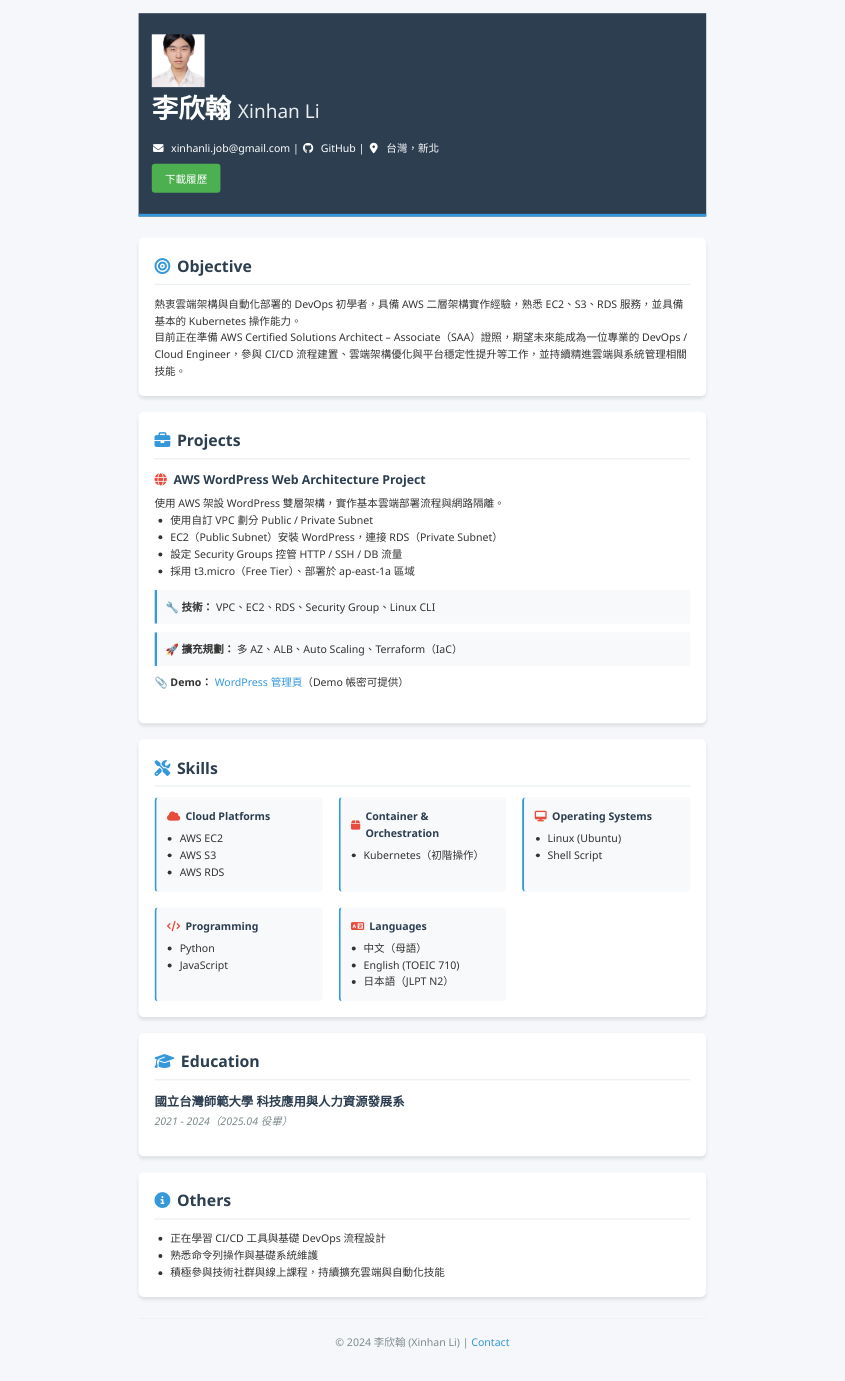
Repository: Graylee0128/aws-tf-ga-personal-website
Page: test.html
These files come from the project's save history. The page is drawn as it stood at one moment and after the next save; the edit follows.
The browser window is 1280 px wide. The pictures show the whole page, at 66% of full size.

Above is the page before, as saved 2025-04-22 11:30:43.

After the next save:
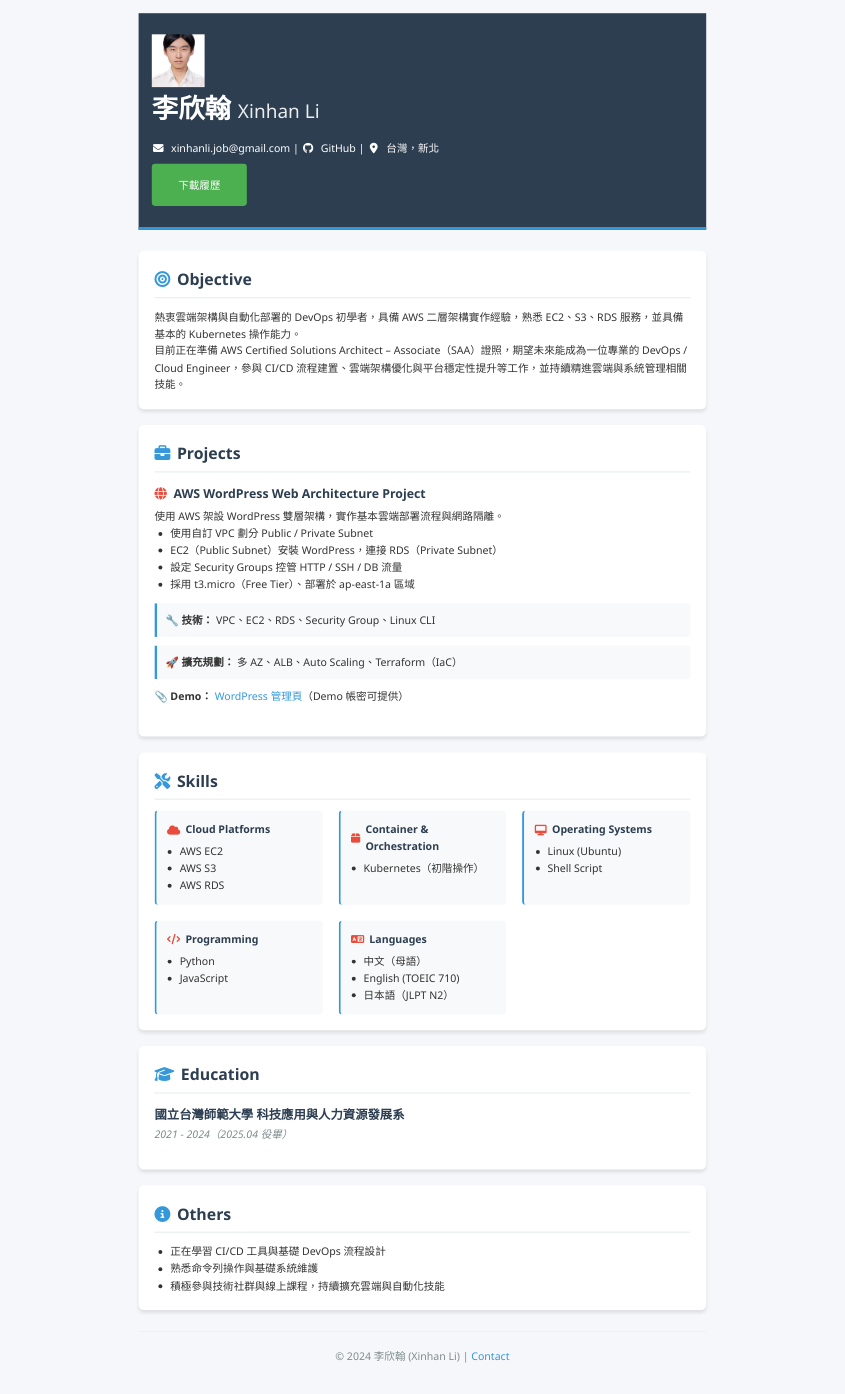
Saved 2 min 6 s later.
--- a/test.html
+++ b/test.html
@@ -22,7 +22,9 @@
                 </div>
                 <!-- 下載履歷按鈕 -->
                 <div class="download-btn-container">
-                    <button class="download-btn" onclick="window.location.href='/files/resume.pdf';">下載履歷</button>
+                    <button class="download-btn">
+                        <a href="/files/resume.pdf" download class="download-btn">下載履歷</a>
+                    </button>
                 </div>
             </div>
         </header>

After the save that followed:
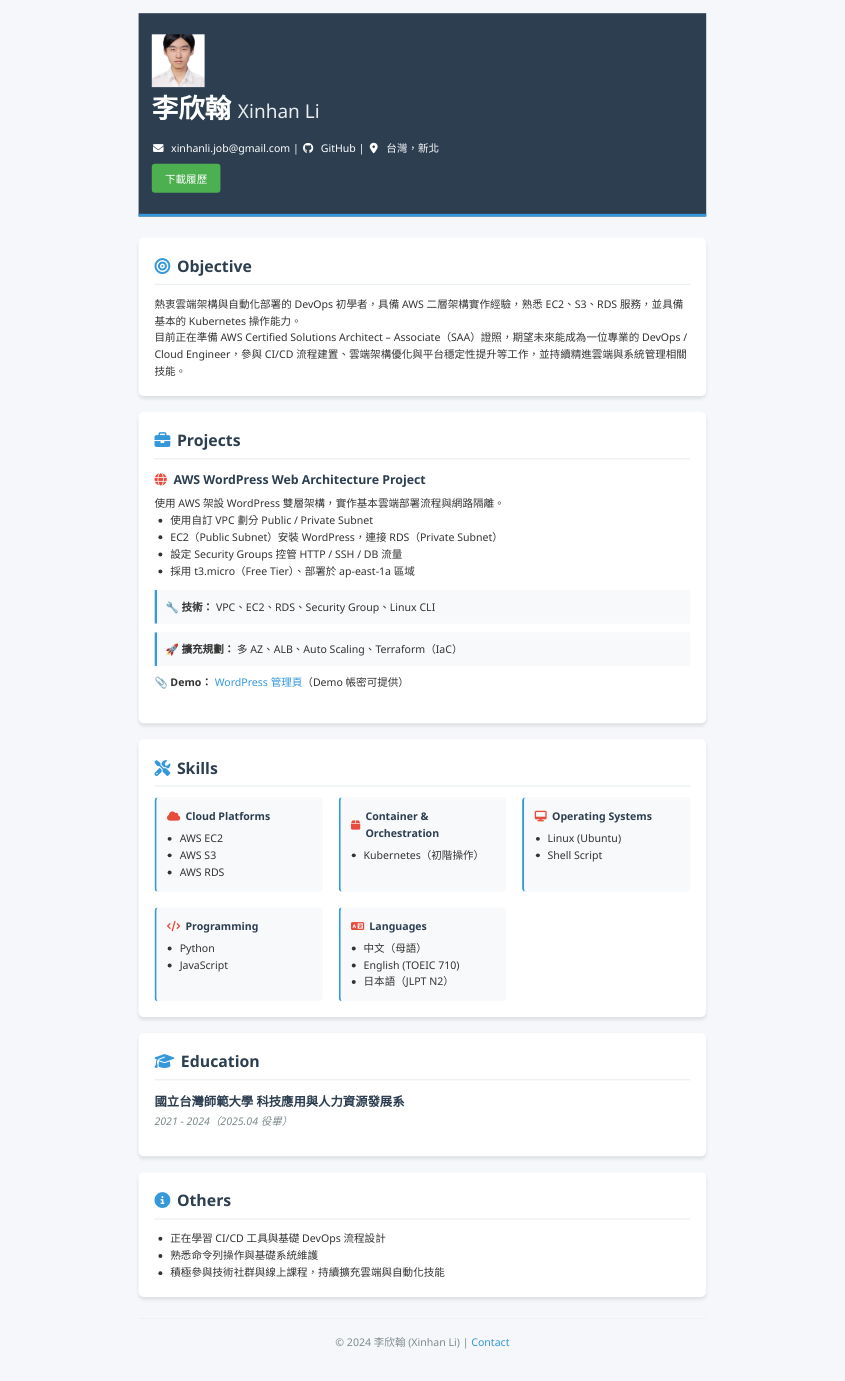
Saved 48 s later.
--- a/test.html
+++ b/test.html
@@ -22,9 +22,7 @@
                 </div>
                 <!-- 下載履歷按鈕 -->
                 <div class="download-btn-container">
-                    <button class="download-btn">
-                        <a href="/files/resume.pdf" download class="download-btn">下載履歷</a>
-                    </button>
+                    <button class="download-btn" onclick="window.location.href='/files/resume.pdf';">下載履歷</button>
                 </div>
             </div>
         </header>
